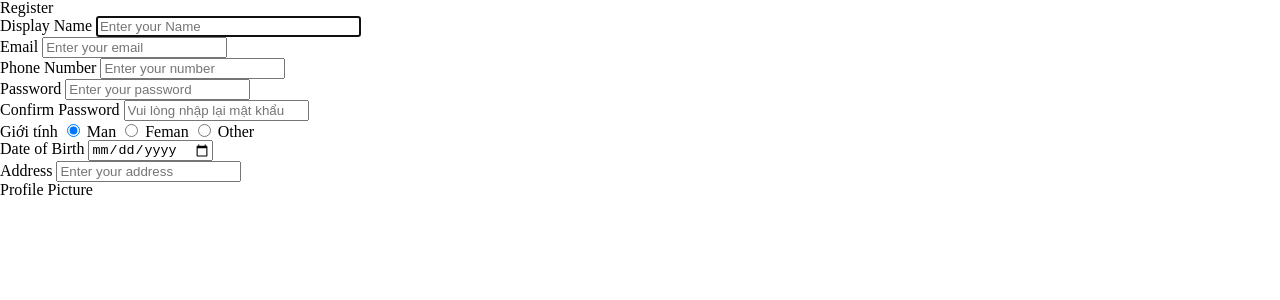
Repository: lannguyen1301/f8-zoom-day-4
Page: form.html
These files come from the project's save history. The page is drawn as it stood at one moment and after the next save; the edit follows.
The browser window is 1280 px wide. The pictures show the whole page.

Above is the page before, as saved 2025-04-19 22:01:11.

After the next save:
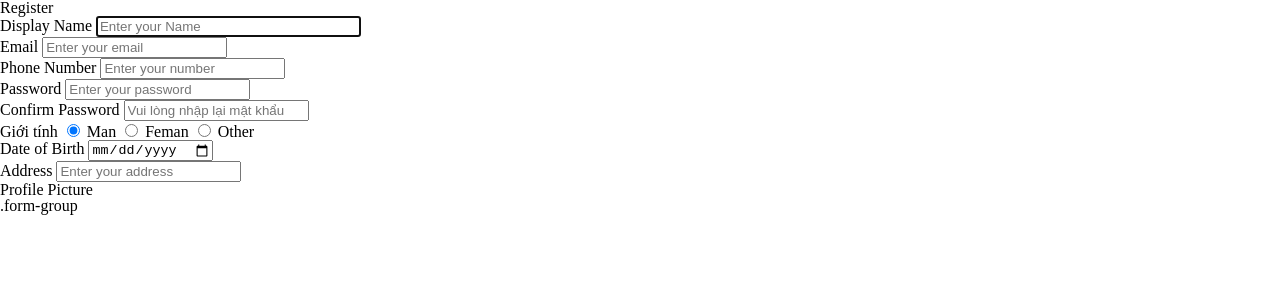
Saved 5 s later.
--- a/form.html
+++ b/form.html
@@ -71,6 +71,7 @@
             <input type="image" src="" alt="">
         </div>
 
+        .form-group
     </form>
 </body>
 

After the 2 saves that followed:
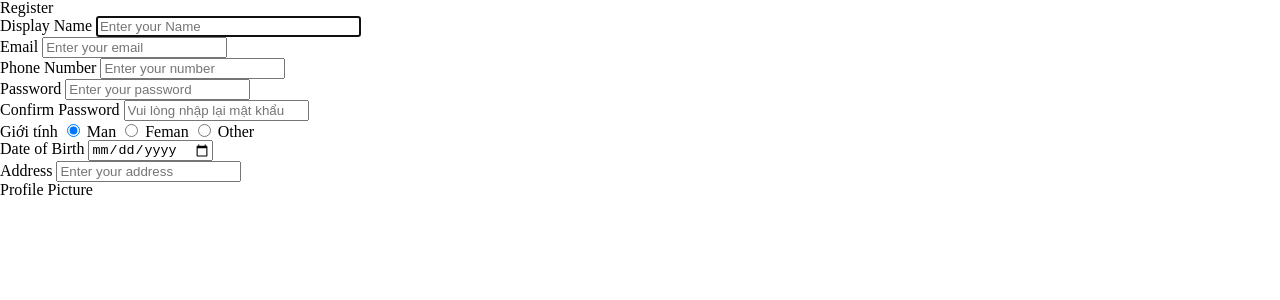
The 2 saves are shown as one change because they came seconds apart.
The last was saved 5 s later.
--- a/form.html
+++ b/form.html
@@ -71,7 +71,9 @@
             <input type="image" src="" alt="">
         </div>
 
-        .form-group
+        <div class="form-group">
+            <label for=""></label>
+        </div>
     </form>
 </body>
 
